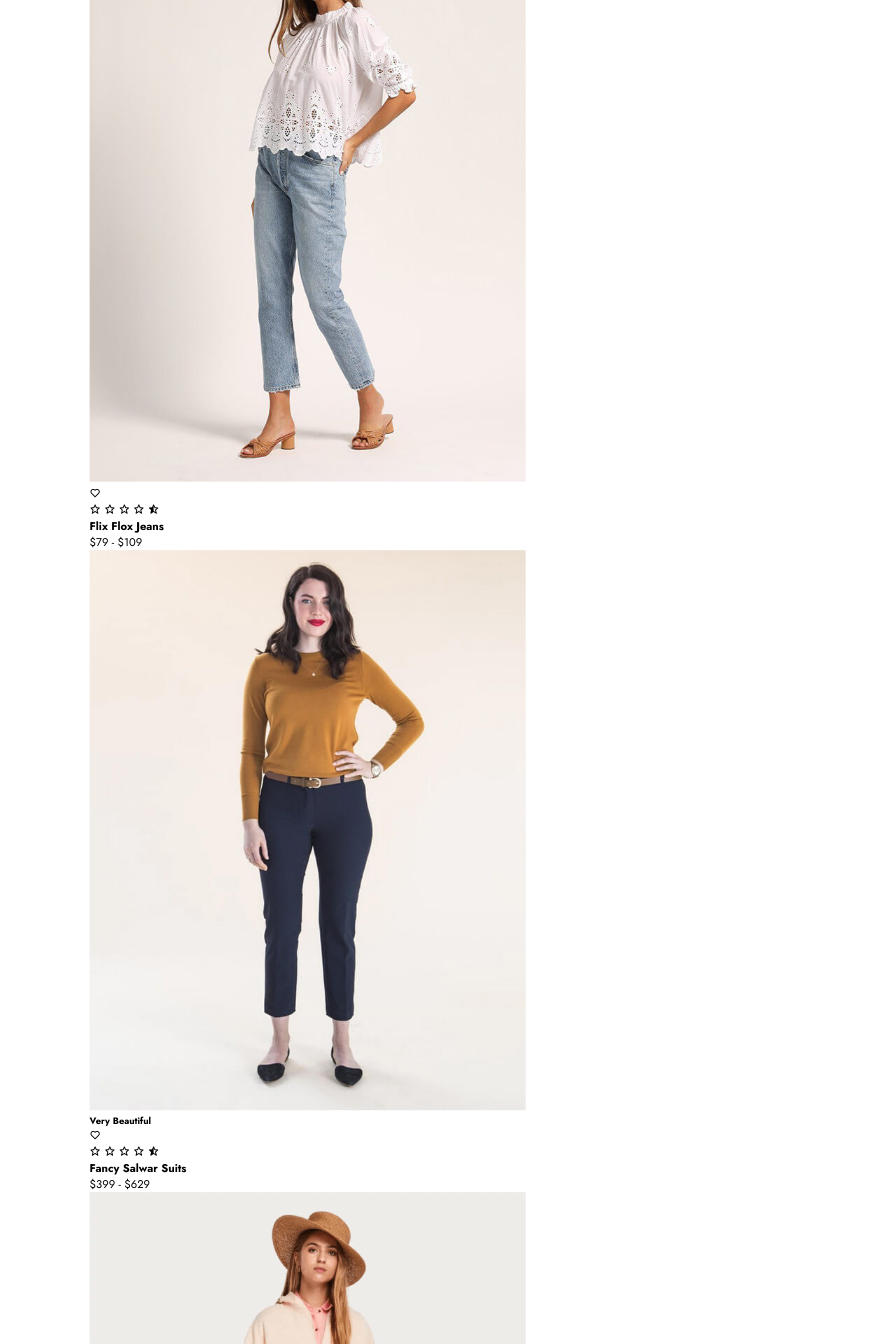
Repository: isaacCodes1/Kumo-Website.
Page: index.html
An editor plug-in stored every save of this project. The page is shown before and after the next save, followed by the edit.
The browser window is 1280 px wide. The pictures show the part of the page from y = 4580 to 6500 px (the page is 8181 px tall), at 70% of full size.

Above is the page before, as saved 2024-03-22 13:30:58.

### index.html
<!DOCTYPE html>
<html lang="en">
  <head>
    <meta charset="UTF-8" />
    <meta http-equiv="X-UA-Compatible" content="IE=edge" />
    <meta name="viewport" content="width=device-width, initial-scale=1.0" />
    <!-- CSS Custom Link -->
    <link rel="stylesheet" href="style.css" />
    <link rel="preconnect" href="https://fonts.googleapis.com" />
    <link rel="preconnect" href="https://fonts.gstatic.com" crossorigin />
    <link
      href="https://fonts.googleapis.com/css2?family=Bricolage+Grotesque:opsz,wght@12..96,200..800&family=Jost:ital,wght@0,100..900;1,100..900&family=Montserrat:ital,wght@0,100..900;1,100..900&family=Poppins:ital,wght@0,100;0,200;0,300;0,400;0,500;0,600;0,700;0,800;0,900;1,100;1,200;1,300;1,400;1,500;1,600;1,700;1,800;1,900&display=swap"
      rel="stylesheet"
    />
    <link
      rel="stylesheet"
      href="https://cdnjs.cloudflare.com/ajax/libs/font-awesome/6.5.1/css/all.min.css"
      integrity="sha512-DTOQO9RWCH3ppGqcWaEA1BIZOC6xxalwEsw9c2QQeAIftl+Vegovlnee1c9QX4TctnWMn13TZye+giMm8e2LwA=="
      crossorigin="anonymous"
      referrerpolicy="no-referrer"
    />
    <link
      rel="stylesheet"
      href="https://unpkg.com/boxicons@latest/css/boxicons.min.css"
    />

    <title>My fashion Website.</title>
  </head>
  <body>
    <header>
      <a href="#" class="logo"><img src="Assets/logo.png" alt="" /></a>
      <ul class="navmenu">
        <li><a href="#">Home</a></li>
        <li><a href="#">Shop</a></li>
        <li><a href="#">Products</a></li>
        <li><a href="#">Page</a></li>
        <li><a href="#">Docs</a></li>
        <li><a href="#">FAQ's</a></li>
      </ul>
      <div class="nav-icon">
        <a href="#"><i class="bx bx-search"></i></a>
        <a href="#"><i class="bx bx-user"></i></a>
        <a href="#"><i class="bx bx-cart"></i></a>
        <div class="bx bx-menu" id="menu-icon"></div>
      </div>
    </header>
    <section class="main-home">
      <div class="main-text">
        <h5>Winter Collection</h5>
        <h1>New Winter <br />Collection 2024</h1>
        <p>There's Nothing like Trend...</p>
        <a href="#" class="main-btn"
          >Shop Now<i class="bx bx-right-arrow-alt"></i
        ></a>
      </div>
      <div class="down-arrow">
        <a href="#trending" class="down"
          ><i class="bx bx-down-arrow-alt"></i
        ></a>
      </div>
    </section>
    <!-- <trending-products-section-->
    <section class="trending-product" id="trending">
      <div class="center-text">
        <h2>Our Trending <span>Products</span></h2>
      </div>
      <div class="products">
        <div class="row">
          <img src="/Assets/1.jpg" alt="" />
          <div class="product-text">
            <h5>Sale</h5>
          </div>
          <div class="heart-icon">
            <i class="bx bx-heart"></i>
          </div>
          <div class="ratting">
            <i class="bx bx-star"></i>
            <i class="bx bx-star"></i>
            <i class="bx bx-star"></i>
            <i class="bx bx-star"></i>
            <i class="bx bxs-star-half"></i>
          </div>
          <div class="price">
            <h4>Half Running Set</h4>
            <p>$99 - $129</p>
          </div>
        </div>

        <div class="row">
          <img src="/Assets/2.jpg" alt="" />
          <div class="product-text">
            <h5>New</h5>
          </div>
          <div class="heart-icon">
            <i class="bx bx-heart"></i>
          </div>
          <div class="ratting">
            <i class="bx bx-star"></i>
            <i class="bx bx-star"></i>
            <i class="bx bx-star"></i>
            <i class="bx bx-star"></i>
            <i class="bx bxs-star-half"></i>
          </div>
          <div class="price">
            <h4>Formal Men Lowers</h4>
            <p>$100 - $329</p>
          </div>
        </div>
        <div class="row">
          <img src="/Assets/3.jpg" alt="" />
          <div class="heart-icon">
            <i class="bx bx-heart"></i>
          </div>
          <div class="ratting">
            <i class="bx bx-star"></i>
            <i class="bx bx-star"></i>
            <i class="bx bx-star"></i>
            <i class="bx bx-star"></i>
            <i class="bx bxs-star-half"></i>
          </div>
          <div class="price">
            <h4>Half Running Suit</h4>
            <p>$99 - $229</p>
          </div>
        </div>
        <div class="row">
          <img src="/Assets/4.jpg" alt="" />
          <div class="product-text">
            <h5>Hottest!</h5>
          </div>
          <div class="heart-icon">
            <i class="bx bx-heart"></i>
          </div>
          <div class="ratting">
            <i class="bx bx-star"></i>
            <i class="bx bx-star"></i>
            <i class="bx bx-star"></i>
            <i class="bx bx-star"></i>
            <i class="bx bxs-star-half"></i>
          </div>
          <div class="price">
            <h4>Half Fancy Lady Dress</h4>
            <p>$199 - $429</p>
          </div>
        </div>
        <div class="row">
          <img src="/Assets/5.jpg" alt="" />
          <div class="heart-icon">
            <i class="bx bx-heart"></i>
          </div>
          <div class="ratting">
            <i class="bx bx-star"></i>
            <i class="bx bx-star"></i>
            <i class="bx bx-star"></i>
            <i class="bx bx-star"></i>
            <i class="bx bxs-star-half"></i>
          </div>
          <div class="price">
            <h4>Flix Flox Jeans</h4>
            <p>$79 - $109</p>
          </div>
        </div>
        <div class="row">
          <img src="/Assets/6.jpg" alt="" />
          <div class="product-text">
            <h5>Very Beautiful</h5>
          </div>
          <div class="heart-icon">
            <i class="bx bx-heart"></i>
          </div>
          <div class="ratting">
            <i class="bx bx-star"></i>
            <i class="bx bx-star"></i>
            <i class="bx bx-star"></i>
            <i class="bx bx-star"></i>
            <i class="bx bxs-star-half"></i>
          </div>
          <div class="price">
            <h4>Fancy Salwar Suits</h4>
            <p>$399 - $629</p>
          </div>
        </div>
        <div class="row">
          <img src="/Assets/1.jpg" alt="" />
          <div class="product-text">
            <h5>Sale</h5>
          </div>
          <div class="heart-icon">
            <i class="bx bx-heart"></i>
          </div>
          <div class="ratting">
            <i class="bx bx-star"></i>
            <i class="bx bx-star"></i>
            <i class="bx bx-star"></i>
            <i class="bx bx-star"></i>
            <i class="bx bxs-star-half"></i>
          </div>
          <div class="price">
            <h4>Half Running Set</h4>
            <p>$99 - $129</p>
          </div>
        </div>
        <div class="row">
          <img src="/Assets/1.jpg" alt="" />
          <div class="product-text">
            <h5>Sale</h5>
          </div>
          <div class="heart-icon">
            <i class="bx bx-heart"></i>
          </div>
          <div class="ratting">
            <i class="bx bx-star"></i>
            <i class="bx bx-star"></i>
            <i class="bx bx-star"></i>
            <i class="bx bx-star"></i>
            <i class="bx bxs-star-half"></i>
          </div>
          <div class="price">
            <h4>Half Running Set</h4>
            <p>$99 - $129</p>
          </div>
        </div>
      </div>
    </section>
  </body>
</html>

### style.css
* {
  margin: 0;
  padding: 0;
  box-sizing: border-box;
  scroll-behavior: smooth;
  font-family: "Jost", sans-serif;
  list-style-type: none;
  text-decoration: none;
}
header {
  position: fixed;
  width: 100%;
  top: 0;
  right: 0;
  z-index: 1000;
  display: flex;
  align-items: center;
  justify-content: space-between;
  padding: 20px 10%;
}
.logo img {
  max-width: 120px;
  height: auto;
}
.navmenu {
  display: flex;
}
.navmenu li :hover {
  background: #000;
}
.navmenu a {
  color: #2c2c2c;
  font-size: 16px;
  text-transform: capitalize;
  padding: 10px 20px;
  font-weight: 400;
  transition: all 0.42s ease;
}
.navmenu a:hover {
  color: #ee1c47;
}
.nav-icon {
  display: flex;
  align-items: center;
}
.nav-icon i {
  margin-right: 20px;
  color: #2c2c2c;
  font-size: 25px;
  font-weight: 400;
  transition: all 0.42s ease;
}
.nav-icon i:hover {
  transform: scale(1.05);
  color: #ee1c47;
}
#menu-icon {
  font-size: 35px;
  color: #2c2c2c;
  z-index: 10001;
  cursor: pointer;
}
section {
  padding: 5% 10%;
}
.main-home {
  width: 100%;
  height: 100vh;
  background-image: url(Assets/banner-3.png);
  background-position: center;
  background-size: cover;
  display: grid;
  grid-template-columns: repeat(1, 1fr);
  align-items: center;
}
.main-text h5 {
  color: #ee1c47;
  font-size: 16px;

  text-transform: capitalize;
  font-weight: 500;
}
.main-text h1 {
  color: #000;
  font-size: 65px;
  text-transform: capitalize;
  line-height: 1.1;
  font-weight: 600;
  margin: 6px 0 10px;
}
.main-text p{
    color: #333c56;
    font-size: 20px;
    font-style: italic;
    margin-bottom: 20px;
}
.main-btn{
    display: inline-block;
    color: #111;
    font-size: 16px;
    font-weight: 500;
    text-transform: capitalize;
    border: 2px solid#111;
    padding: 12px 25px;
    transition: all .42s ease;
}
.main-btn:hover{
    background: #000;
    color: #fff;
}
.main-btn i{
    vertical-align: middle;
}
.down-arrow{
    position: absolute;
    top: 85%;
    right: 11%;
}
.down i{
    font-size: 30px;
    color: #2c2c2c;
    border: 2px solid #2c2c2c;
    border-radius: 50px;
    padding: 12px 12px;
}
.down i:hover{
    background: #2c2c2c;
    color:#fff;
    transition: all .42s ease;
}

After the next save:
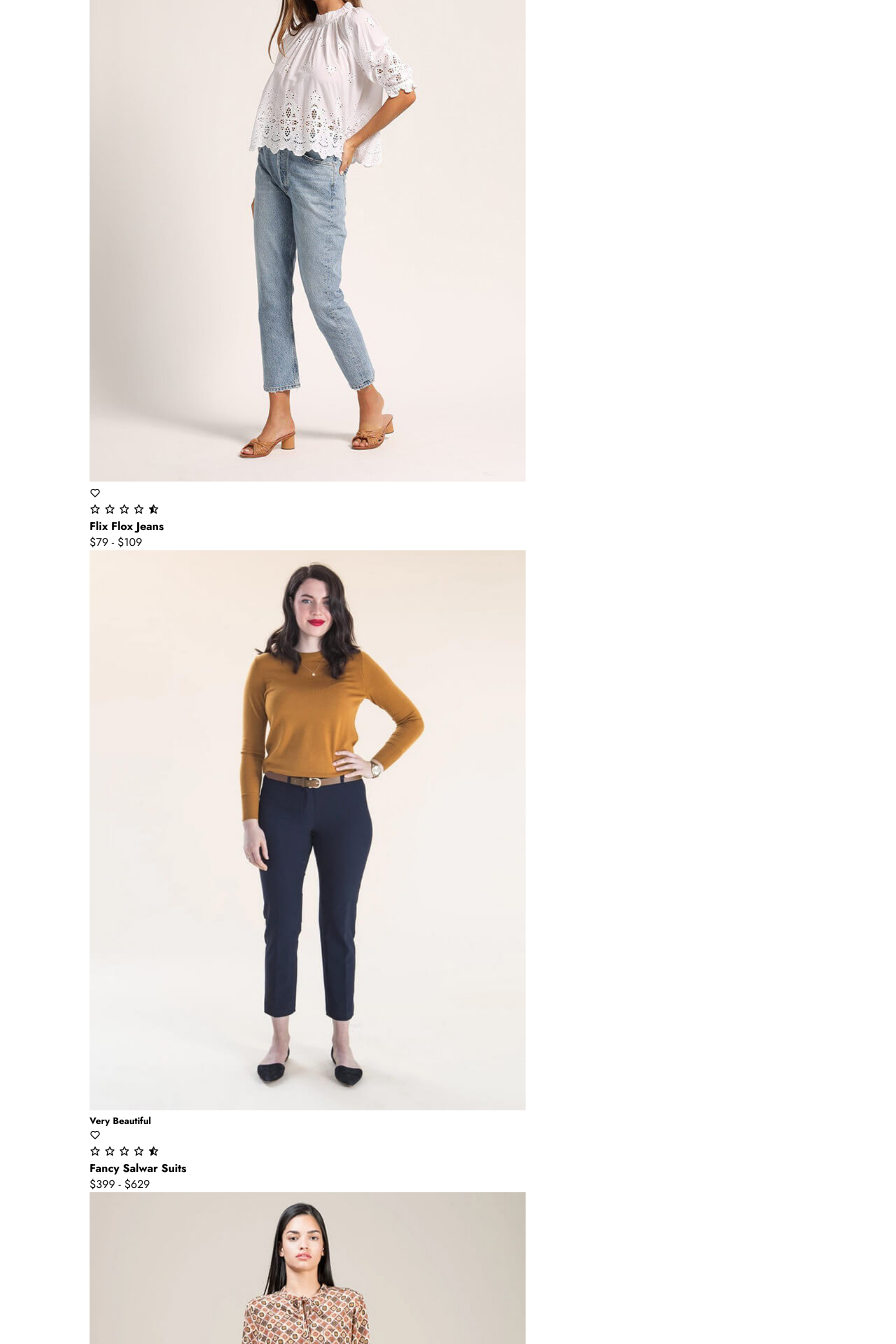
Saved 12 s later.
--- a/index.html
+++ b/index.html
@@ -181,7 +181,7 @@
           </div>
         </div>
         <div class="row">
-          <img src="/Assets/1.jpg" alt="" />
+          <img src="/Assets/7.jpg" alt="" />
           <div class="product-text">
             <h5>Sale</h5>
           </div>
